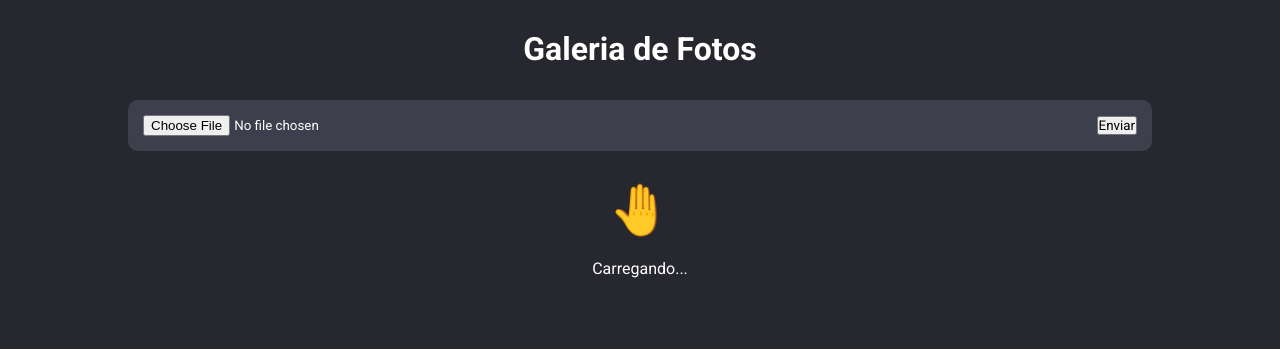
Repository: guilhermecardoso93/imagesapp
Page: /
An editor plug-in stored every save of this project. The page is shown before and after the next save, followed by the edit.
The browser window is 1280 px wide. The pictures show the whole page.
The page's requests for data from a server got no answer. The project was rebuilt for these pictures with package versions that can differ from the ones it lists, and the page was loaded fresh each time. No one was signed in, and anything a server would have sent is missing. Also part of the build but not shown: src/components/PhotoItem/styles.ts, src/components/PhotoItem/index.tsx.

Above is the page before, as saved 2022-11-14 19:15:27.

### public/index.html
<!DOCTYPE html>
<html lang="en">
  <head>
    <meta charset="utf-8" />
    <meta name="viewport" content="width=device-width, initial-scale=1" />
    <meta name="theme-color" content="#000000" />
    <meta
      name="description"
      content="Web site created using create-react-app"
      />
    <link rel="preconnect" href="https://fonts.googleapis.com">
    <link rel="preconnect" href="https://fonts.gstatic.com" crossorigin>
    <link
      href="https://fonts.googleapis.com/css2?family=Roboto:wght@400;500;700&display=swap"
      rel="stylesheet">
    <link rel="apple-touch-icon" href="%PUBLIC_URL%/logo192.png" />
    <!--
      manifest.json provides metadata used when your web app is installed on a
      user's mobile device or desktop. See https://developers.google.com/web/fundamentals/web-app-manifest/
    -->
    <link rel="manifest" href="%PUBLIC_URL%/manifest.json" />
    <!--
      Notice the use of %PUBLIC_URL% in the tags above.
      It will be replaced with the URL of the `public` folder during the build.
      Only files inside the `public` folder can be referenced from the HTML.

      Unlike "/favicon.ico" or "favicon.ico", "%PUBLIC_URL%/favicon.ico" will
      work correctly both with client-side routing and a non-root public URL.
      Learn how to configure a non-root public URL by running `npm run build`.
    -->
    <title>React App</title>
  </head>
  <body>
    <noscript>You need to enable JavaScript to run this app.</noscript>
    <div id="root"></div>
    <!--
      This HTML file is a template.
      If you open it directly in the browser, you will see an empty page.

      You can add webfonts, meta tags, or analytics to this file.
      The build step will place the bundled scripts into the <body> tag.

      To begin the development, run `npm start` or `yarn start`.
      To create a production bundle, use `npm run build` or `yarn build`.
    -->
  </body>
</html>

### src/index.tsx
import React from 'react';
import ReactDOM from 'react-dom/client';
import { App } from './App';
import reportWebVitals from './reportWebVitals';

import './global.css'

const root = ReactDOM.createRoot(
  document.getElementById('root') as HTMLElement
);
root.render(
  <React.StrictMode>
    <App />
  </React.StrictMode>
);

// If you want to start measuring performance in your app, pass a function
// to log results (for example: reportWebVitals(console.log))
// or send to an analytics endpoint. Learn more: https://bit.ly/CRA-vitals
reportWebVitals();

### src/App.tsx
import { useEffect, useState } from "react";
import { Area, Container, Header, ScreenWaring, PhotoList, UploadForm } from "./App.styles";
import { PhotoItem } from "./components/PhotoItem";
import * as Photos from "./services/photos";
import { PhotoTypes } from "./types/photoTypes";

export function App() {
  const [loading, setLoading] = useState(false);
  const [photos, setPhotos] = useState<PhotoTypes[]>([]);

  function handleFormSubmit() {}

  useEffect(() => {
    const getPhotos = async () => {
      setLoading(true);
      setPhotos(await Photos.getAll());
      setLoading(false);
    };
    getPhotos();
  }, []);

  return (
    <Container>
      <Area>
        <Header>Galeria de Fotos</Header>
        <UploadForm method="post" onSubmit={handleFormSubmit}>
          <input type='file' name='image'/>
          <input type='submit' value='Enviar'/>
        </UploadForm>

        {loading && (
          <ScreenWaring>
            <div className="emoji">🤚</div>
            <div>Carregando...</div>
          </ScreenWaring>
        )}
        {!loading && photos.length > 0 && (
          <PhotoList>
            {photos.map((photo) => (
              <PhotoItem key={photo.url} name={photo.name} url={photo.url} />
            ))}
          </PhotoList>
        )}
        {!loading && photos.length === 0 && (
          <ScreenWaring>
            <div className="emoji">🙃</div>
            <div>Não há fotos disponiveis...</div>
          </ScreenWaring>
        )}
      </Area>
    </Container>
  );
}

### src/global.css
* {
  box-sizing: border-box;
  margin: 0;
  padding: 0;

  font-family: 'Roboto', sans-serif;
}

### src/App.styles.ts
import styled from "styled-components";

export const Container = styled.div`
  background-color: #27282f;
  color: #fff;
  height: 100vh;
`;
export const Area = styled.div`
  margin: auto;
  max-width: 80%;
  padding: 1.87rem 0;
`;

export const Header = styled.h1`
  text-align: center;
  margin-bottom: 2rem;
`;

export const ScreenWaring = styled.div`
  display: flex;
  flex-direction: column;
  align-items: center;
  justify-content: center;

  .emoji {
    font-size: 50px;
    margin-bottom: 20px;
  }
`;

export const PhotoList = styled.div`
  margin: auto;
  display: grid;
  grid-template-columns: 400px 400px 400px 400px;
  grid-template-rows: auto 1fr auto;
  gap: 10px;
`;

export const UploadForm = styled.form`
  display: flex;
  align-items: center;
  justify-content:space-between;
  width: 100%;
  margin: 0 auto;
  background-color: #3d3f4d;
  padding: 15px;
  border-radius: 10px;
  margin-bottom: 30px;
`;

### src/services/photos.ts
import { ref,listAll, getDownloadURL } from "firebase/storage";
import { storage } from "../libs/firebase";
import { PhotoTypes } from "../types/photoTypes";

export async function getAll() {
  let list: PhotoTypes[] = [];

  const galleryFolder = ref(storage, "gallery")
  const photoList = await listAll(galleryFolder)

  for(let i in photoList.items) {
    let photoUrl = await getDownloadURL(photoList.items[i])

    list.push({
      name:photoList.items[i].name,
      url: photoUrl,
    })
  }

  return list;
}

### src/libs/firebase.ts
import { initializeApp } from "firebase/app";
import { getStorage } from "firebase/storage";

const firebaseConfig = {
  apiKey: process.env.REACT_APP_FIREBASE_KEY,
  authDomain: process.env.REACT_APP_FIREBASE_AUTHDOMAIN,
  projectId: process.env.REACT_APP_FIREBASE_PROJECTID,
  storageBucket: process.env.REACT_APP_FIREBASE_STORAGEBUCKET,
  messagingSenderId: process.env.REACT_APP_FIREBASE_MESSEAGINGENDRID,
  appId: process.env.REACT_APP_FIREBASE_APPID,
  measurementId: process.env.REACT_APP_MEASUREMENTID,
};

const firebaseApp = initializeApp(firebaseConfig);
export const storage = getStorage(firebaseApp);

Loaded but not shown: src/reportWebVitals.ts (common file)

After the next save:
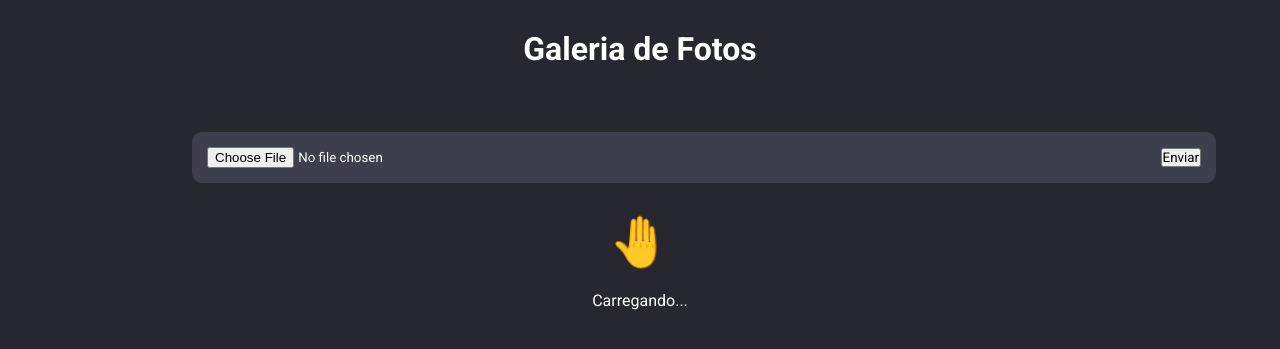
Saved 7 s later.
--- a/src/App.styles.ts
+++ b/src/App.styles.ts
@@ -41,7 +41,7 @@ export const UploadForm = styled.form`
   align-items: center;
   justify-content:space-between;
   width: 100%;
-  margin: 0 auto;
+  margin: 4rem;
   background-color: #3d3f4d;
   padding: 15px;
   border-radius: 10px;
